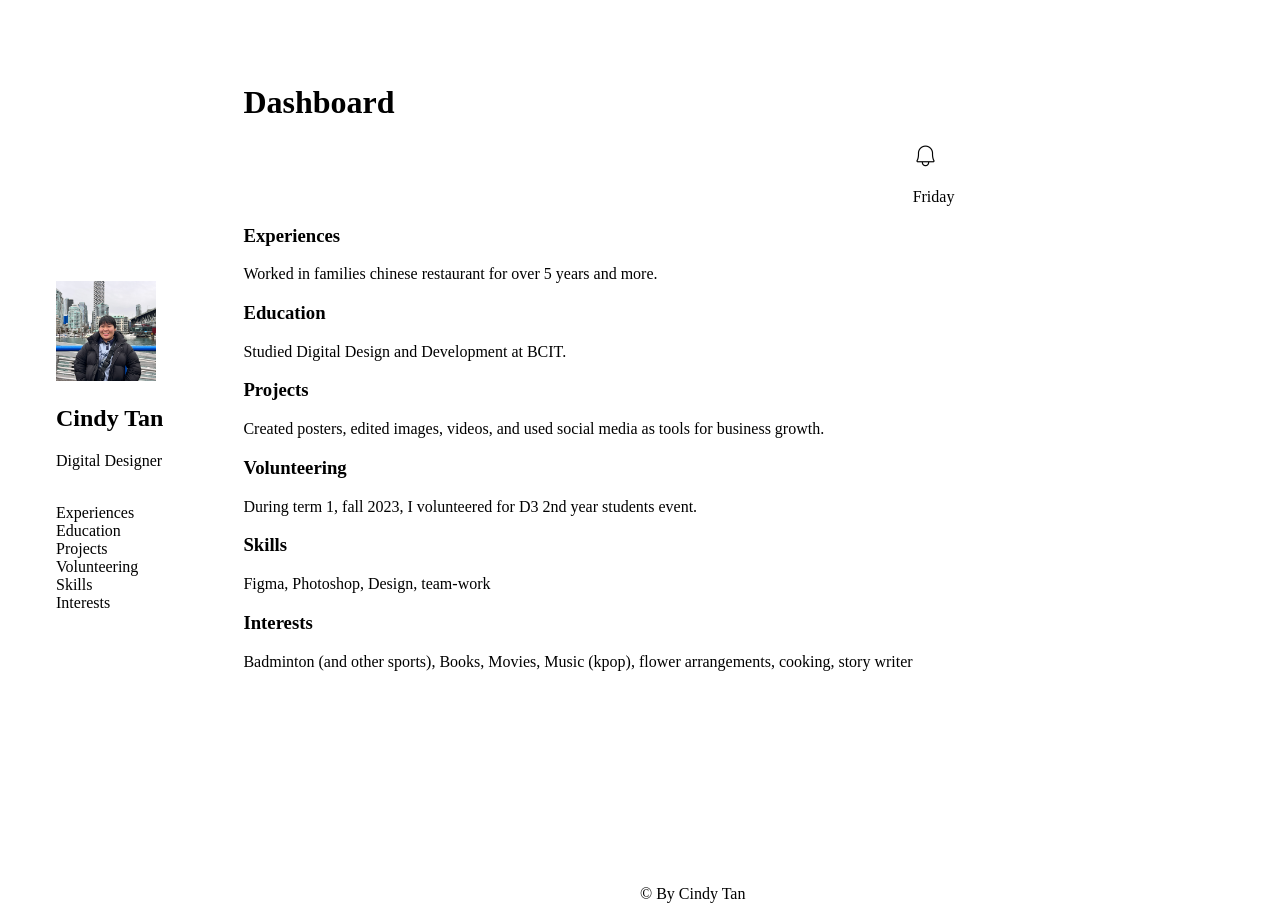
Repository: Cindy-tan/Assessment-_1
Page: /
The author's editor kept a copy of each file at every save. The page is drawn from the files as they stood at one save, then again after a run of saves.
The browser window is 1280 px wide. The pictures show the whole page.
The project was rebuilt for these pictures with package versions that can differ from the ones it lists, and the page was loaded fresh each time. The framework's server and built-in components were replaced by stand-ins that run in the browser. Also part of the build but not shown: next.config.js, components/Card/Card.module.css, components/SideNavigation/SideNavigation.module.css.

Above is the page before, as saved 2024-01-19 00:17:34.

After the next 2 saves:
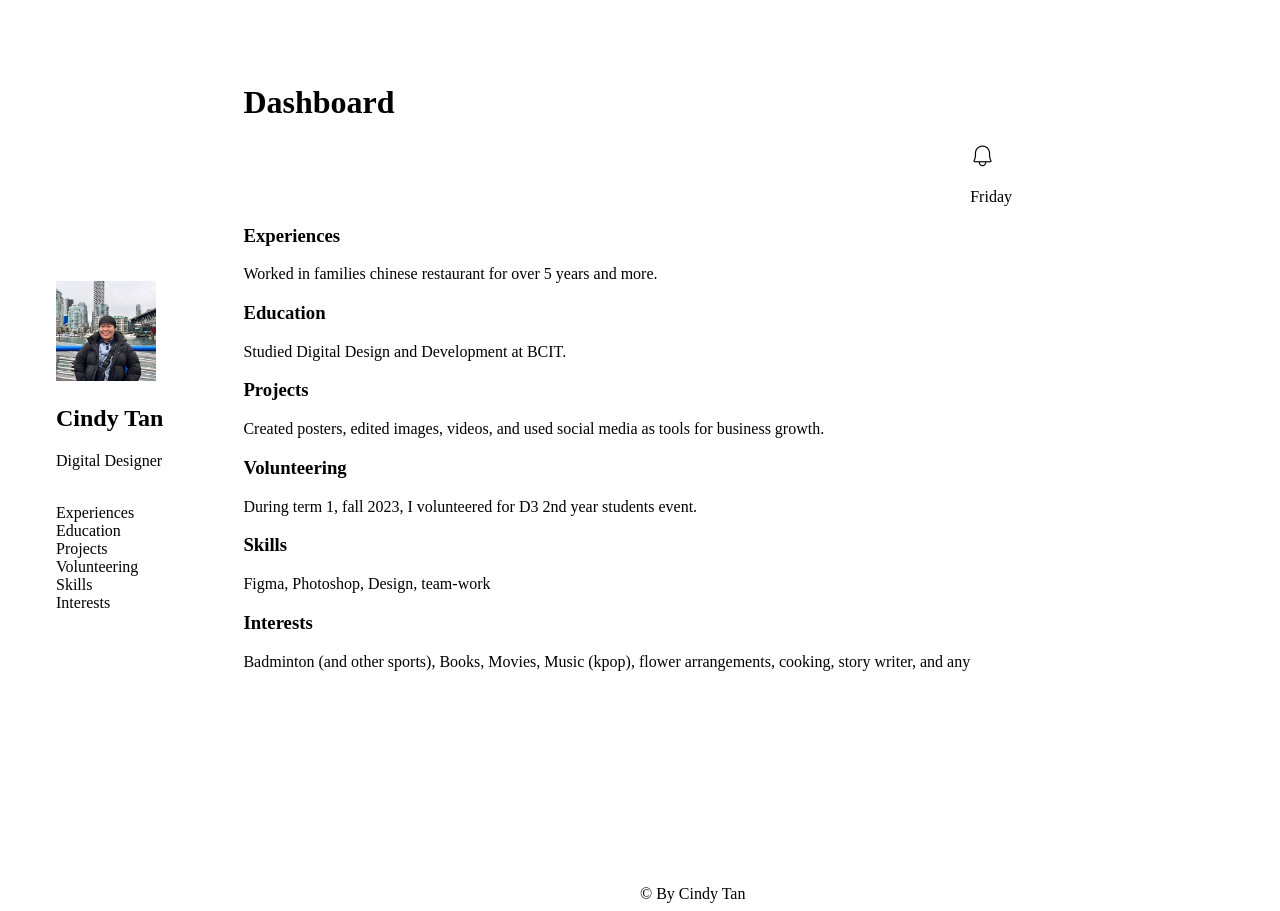
The 2 saves are shown as one change because they came seconds apart.
The last was saved 22 s later.
--- a/pages/index.js
+++ b/pages/index.js
@@ -37,7 +37,7 @@ export default function Home() {
         <div className={`${styles.cardRight}`}>
           <Card title='Volunteering' description='During term 1, fall 2023, I volunteered for D3 2nd year students event.'/>
           <Card title='Skills' description='Figma, Photoshop, Design, team-work'/>
-          <Card title='Interests' description='Badminton (and other sports), Books, Movies, Music (kpop), flower arrangements, cooking, story writer'/>
+          <Card title='Interests' description='Badminton (and other sports), Books, Movies, Music (kpop), flower arrangements, cooking, story writer, and any '/>
         </div>
         </div>
 
